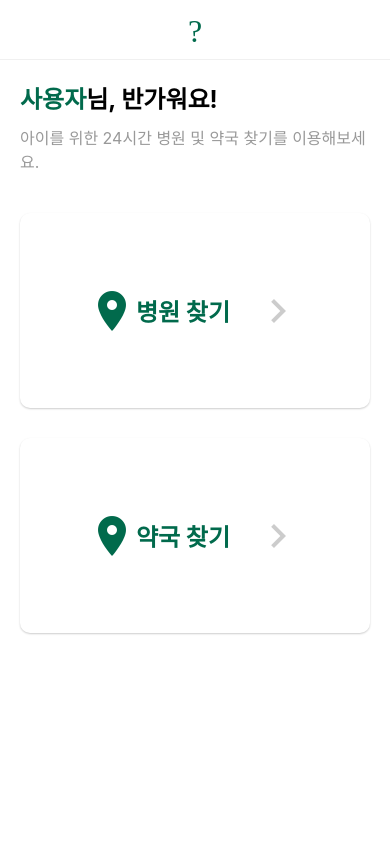
Repository: Sesac-icare/FrontEndiCare
Screen: / (app in iCare/)
These files come from the project's save history. The screen is drawn as it stood at one moment and after the next save; the edit follows.
The app was drawn by React Native's web renderer in a window 390 px wide. The project was rebuilt for these pictures with package versions that can differ from the ones it lists, and the page was loaded fresh each time. Some packages were replaced by stand-ins written for this rebuild.

Above is the screen before, as saved 2025-02-04 16:31:17.

After the next save:
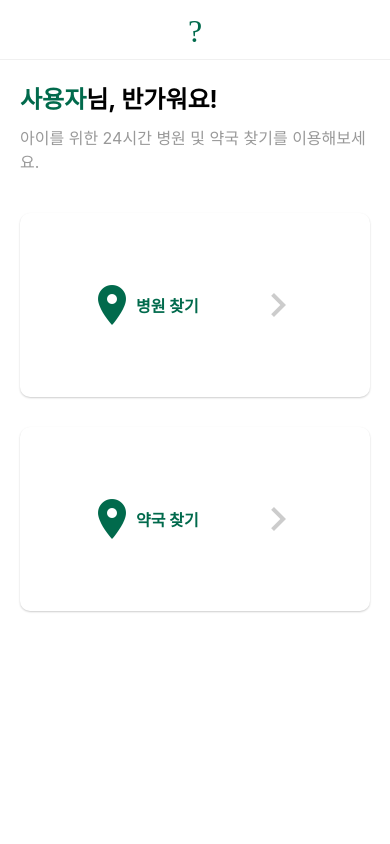
Saved 1 s later.
--- a/iCare/components/Contents.js
+++ b/iCare/components/Contents.js
@@ -119,7 +119,7 @@ const styles = StyleSheet.create({
     transform: [{ scale: 2 }]
   },
   buttonText: {
-    fontSize: 24,
+    fontSize: 16,
     color: "#016a4c",
     fontWeight: "bold"
   }
